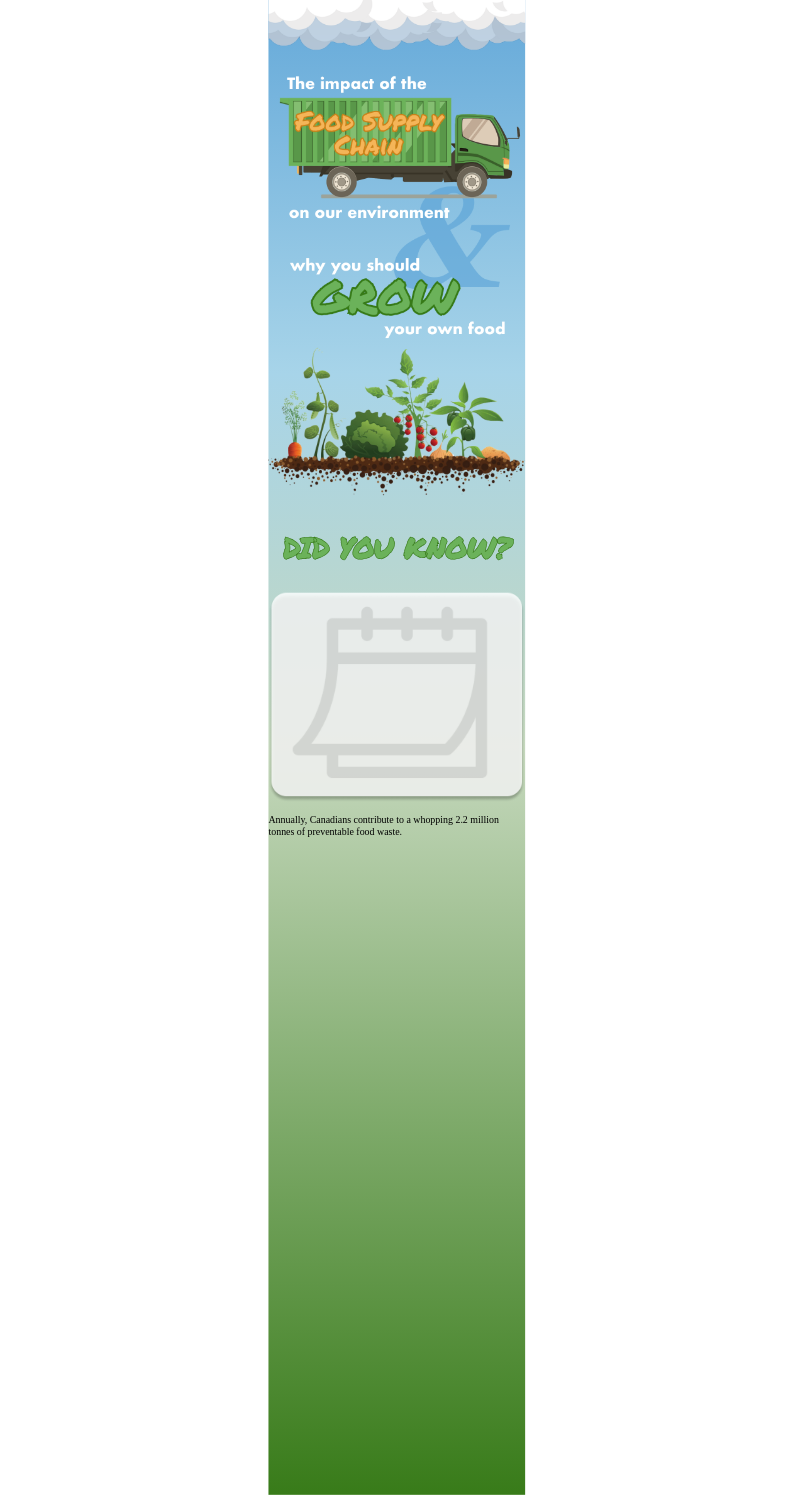
Repository: zoelake/DCDmidterm
Page: page1/index.html
An editor plug-in stored every save of this project. The page is shown before and after the next save, followed by the edit.
The browser window is 1280 px wide. The pictures show the whole page, at 62% of full size.

Above is the page before, as saved 2021-03-05 17:12:39.

After the next save:
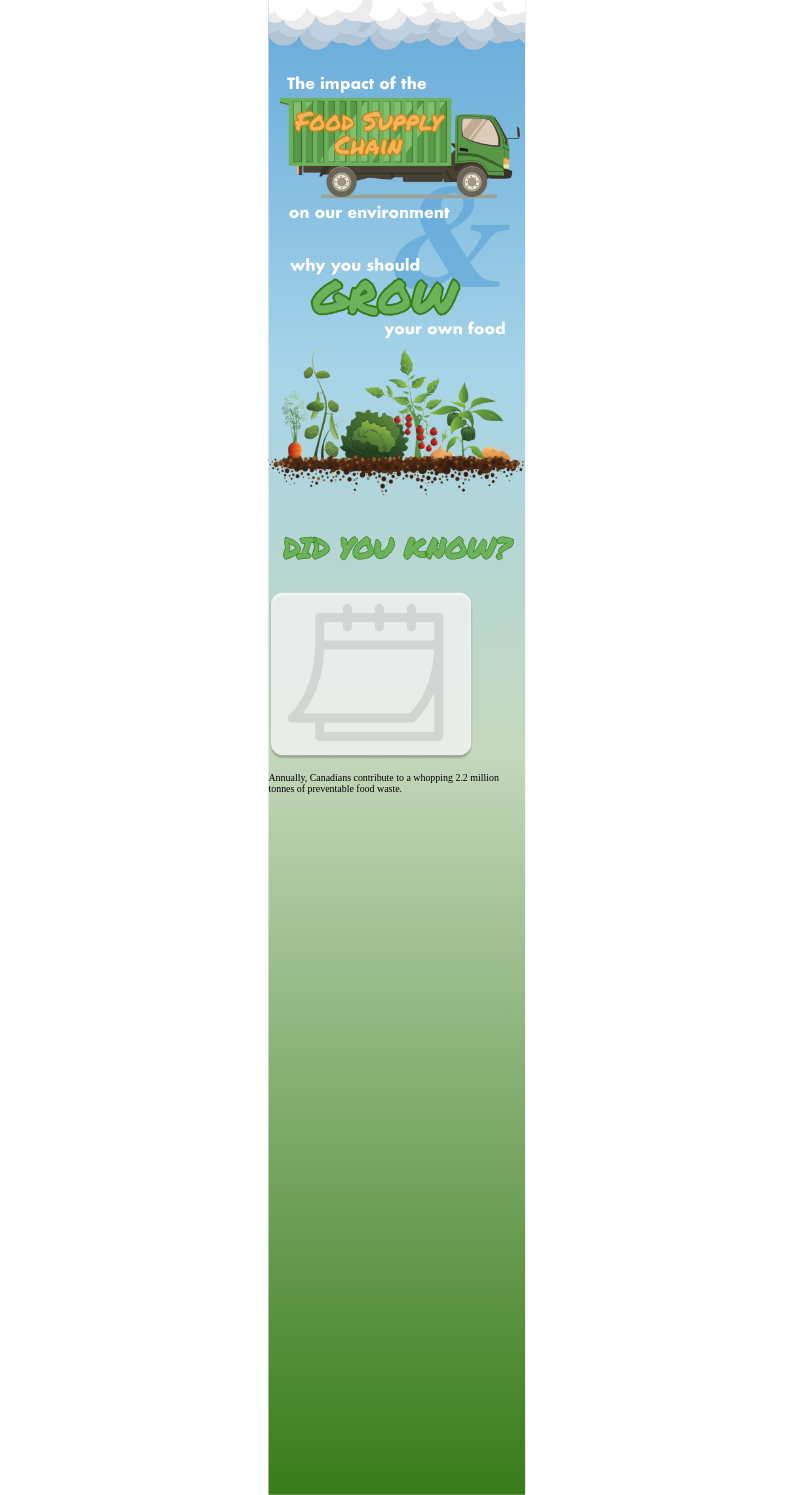
Saved 10 s later.
--- a/page1/style.css
+++ b/page1/style.css
@@ -29,3 +29,7 @@ h2{
     font-size: 46px;
     font-family: 'Permanent Marker', cursive;
 }
+
+#calendar{
+    width: 80%;
+}
